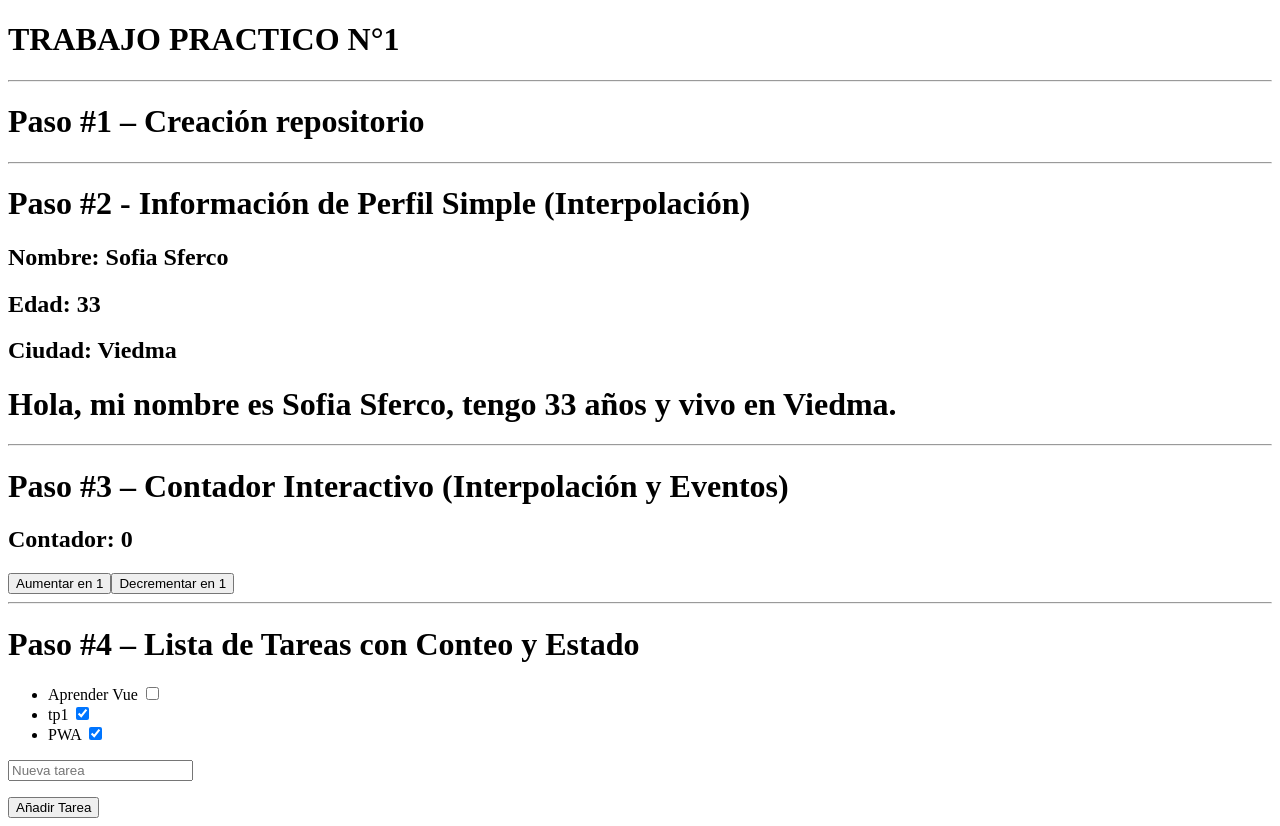
Repository: SofiaSferco/PWA-2026
Page: practico01/index.html
The author's editor kept a copy of each file at every save. The page is drawn from the files as they stood at one save, then again after the next save.
The browser window is 1280 px wide. The pictures show the whole page.

Above is the page before, as saved 2026-09-10 02:02:50.

After the next save:
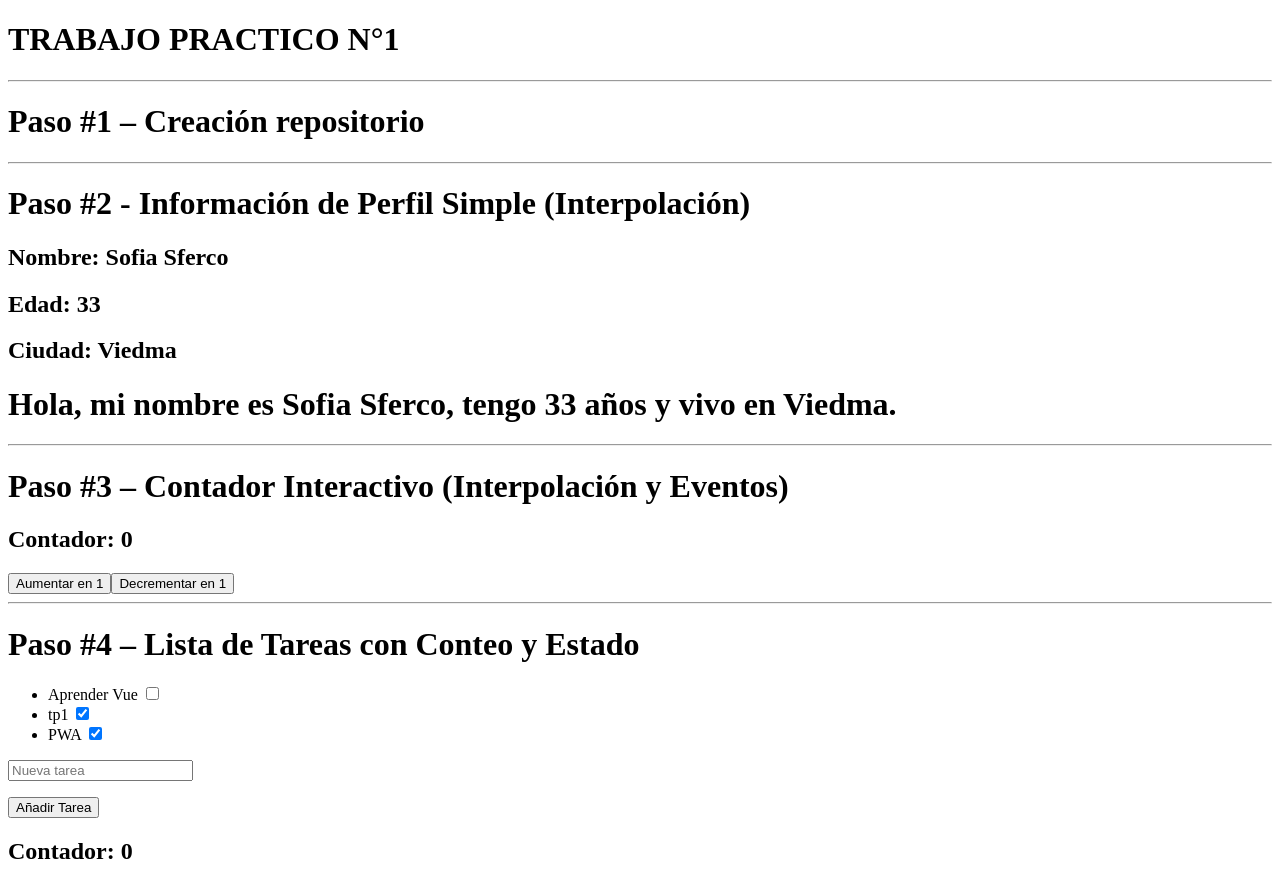
Saved 56 s later.
--- a/practico01/index.html
+++ b/practico01/index.html
@@ -33,7 +33,7 @@
             <input type="text" v-model="nuevaTarea" placeholder="Nueva tarea">
         </p>
         <button @click="agregarTarea">Añadir Tarea</button>
-        <span v-if ></span>
+        <h2>Contador: {{contador}}</h2>
     </div>
     <script>
        var app= new Vue({
